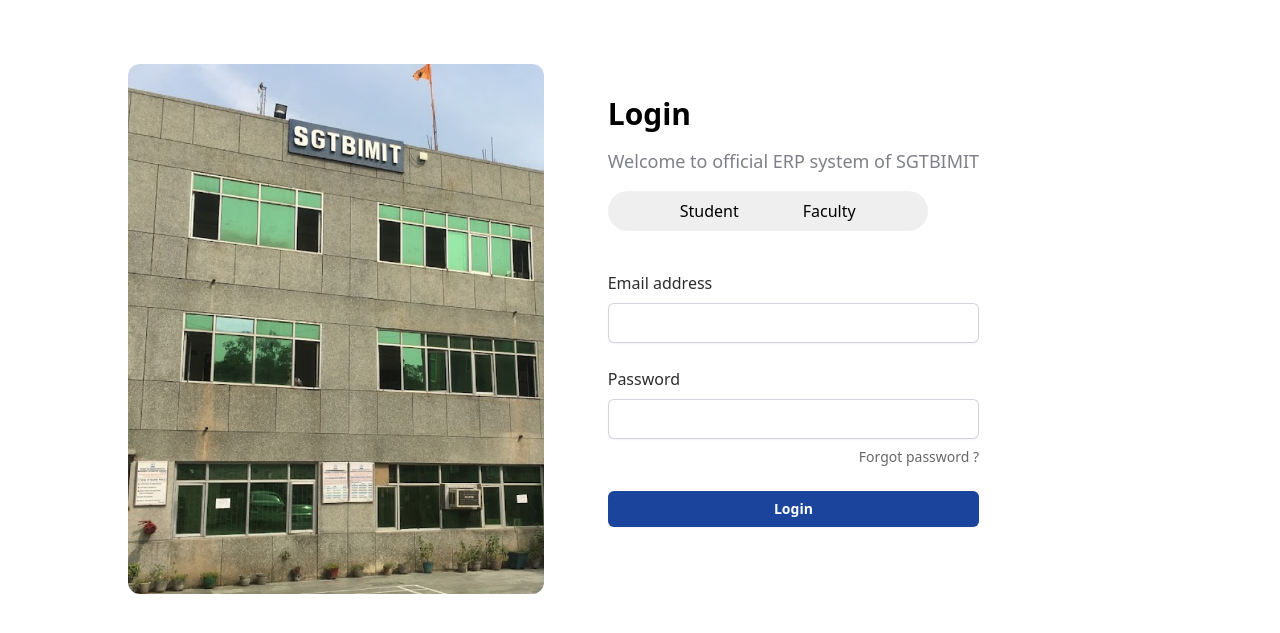
Repository: SehajBindra/SGTBIMIT-ERP-Client
Page: /StudentLogin
These files come from the project's save history. The page is drawn as it stood at one moment and after the next save; the edit follows.
The browser window is 1280 px wide. The pictures show the whole page.
The project was rebuilt for these pictures with package versions that can differ from the ones it lists, and the page was loaded fresh each time. Also part of the build but not shown: src/LOGIN/Login.js, src/LOGIN/FACULTY/FacultyLogin.js, src/STUDENT_PAGE/StuBody.js, src/STUDENT_PAGE/StuSidebar.js, src/STUDENT_PAGE/StuHeader.js, src/STUDENT_PAGE/StudentHome.js, src/FACULTY_PAGE/FacBody.js, src/FACULTY_PAGE/FacHeader.js and 2 more.

Above is the page before, as saved 2023-05-14 16:31:01.

After the next save:
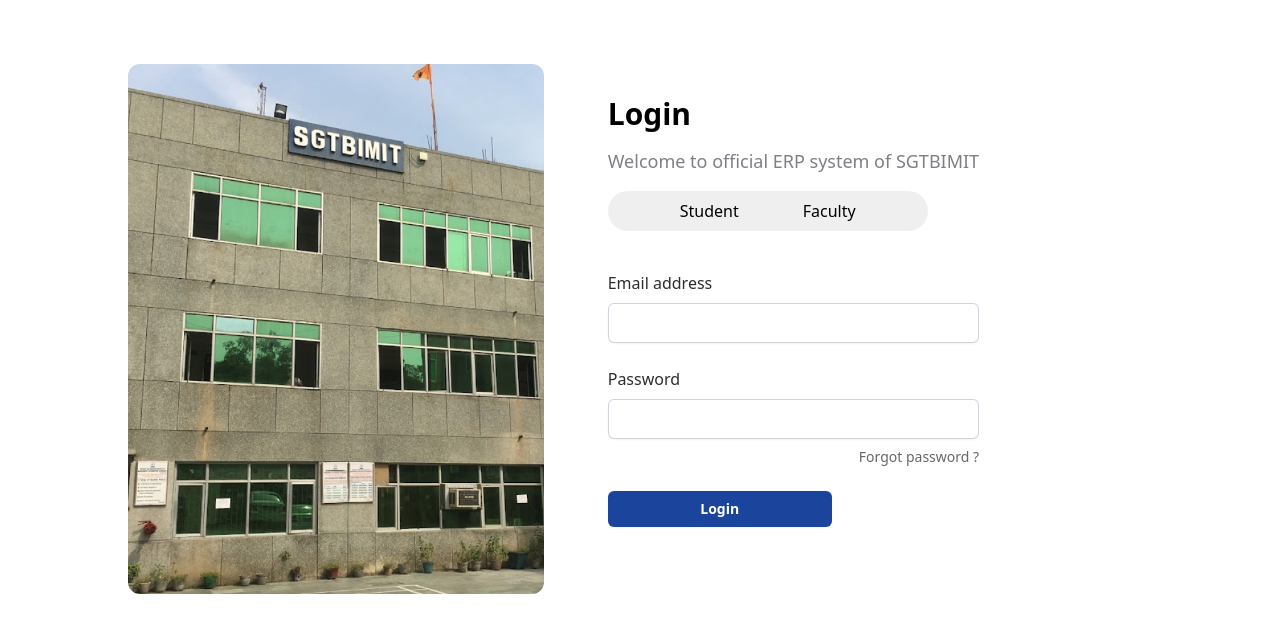
Saved 39 s later.
--- a/src/LOGIN/STUDENT/StudentLogin.js
+++ b/src/LOGIN/STUDENT/StudentLogin.js
@@ -90,7 +90,7 @@
               <div>
                 <button
                   type="submit"
-                  className="flex w-full justify-center rounded-md bg-[#1B449C] px-3 py-1.5 text-sm font-semibold leading-6 text-white shadow-sm hover:bg-indigo-500 focus-visible:outline focus-visible:outline-2 focus-visible:outline-offset-2 focus-visible:outline-indigo-600"
+                  className="flex w-56 justify-center rounded-md bg-[#1B449C] px-3 py-1.5 text-sm font-semibold leading-6 text-white shadow-sm hover:bg-indigo-500 focus-visible:outline focus-visible:outline-2 focus-visible:outline-offset-2 focus-visible:outline-indigo-600"
                 >
                   Login
                 </button>
